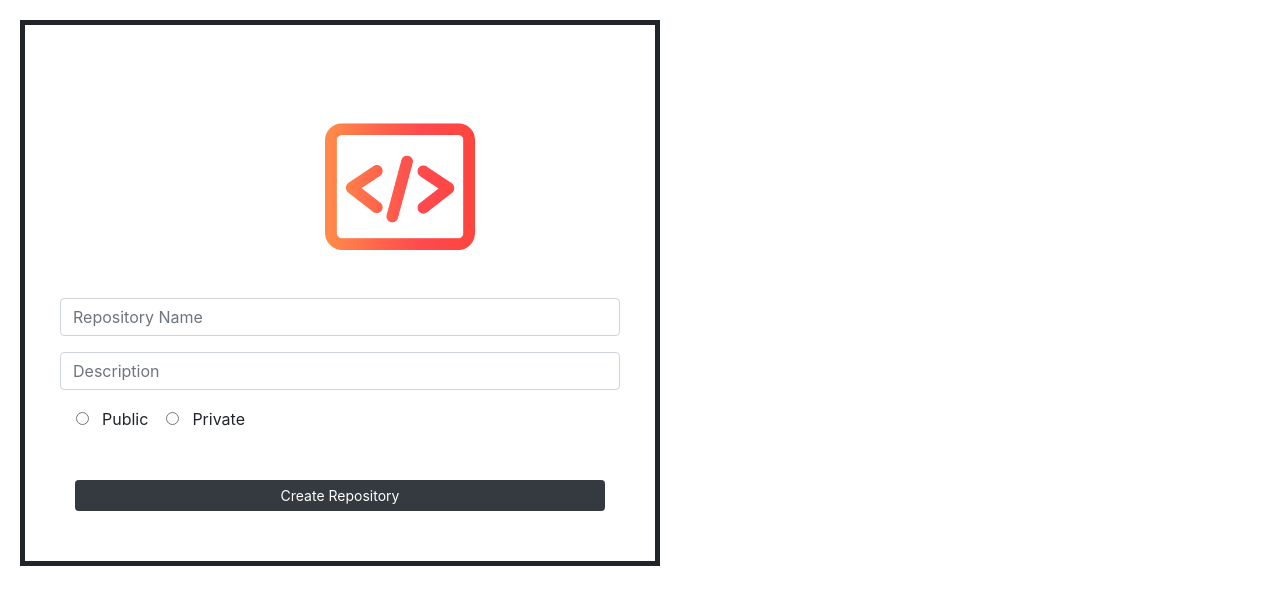
Repository: rashmikagamage/OAuth-Implementation
Page: /auth/github/callback (app in frontend/)
An editor plug-in stored every save of this project. The page is shown before and after the next save, followed by the edit.
The browser window is 1280 px wide. The pictures show the whole page.
Some web libraries are served in a nearby version. The project was rebuilt for these pictures with package versions that can differ from the ones it lists, and the page was loaded fresh each time. Also part of the build but not shown: frontend/src/css/twitter.css, frontend/src/components/login.js, frontend/src/components/twitter-home.js, frontend/src/components/login-git.js, frontend/src/App.css.

Above is the page before, as saved 2021-09-08 17:53:46.

### frontend/public/index.html
<!DOCTYPE html>
<html lang="en">
  <head>
    <meta charset="utf-8" />
    <link rel="icon" href="%PUBLIC_URL%/favicon.ico" />
    <meta name="viewport" content="width=device-width, initial-scale=1" />
    <meta name="theme-color" content="#000000" />
    <meta
      name="description"
      content="Web site created using create-react-app"
    />
    <link rel="apple-touch-icon" href="%PUBLIC_URL%/logo192.png" />
    <!--
      manifest.json provides metadata used when your web app is installed on a
      user's mobile device or desktop. See https://developers.google.com/web/fundamentals/web-app-manifest/
    -->
    <link rel="manifest" href="%PUBLIC_URL%/manifest.json" />
    <link rel="stylesheet" href="https://pro.fontawesome.com/releases/v5.13.0/css/all.css">
    <link rel="shortcut icon" href="%PUBLIC_URL%/favicon.ico">
    <!--
      Notice the use of %PUBLIC_URL% in the tags above.
      It will be replaced with the URL of the `public` folder during the build.
      Only files inside the `public` folder can be referenced from the HTML.

      Unlike "/favicon.ico" or "favicon.ico", "%PUBLIC_URL%/favicon.ico" will
      work correctly both with client-side routing and a non-root public URL.
      Learn how to configure a non-root public URL by running `npm run build`.
    -->
    <link rel="stylesheet" href="https://maxcdn.bootstrapcdn.com/bootstrap/4.0.0/css/bootstrap.min.css" integrity="sha384-Gn5384xqQ1aoWXA+058RXPxPg6fy4IWvTNh0E263XmFcJlSAwiGgFAW/dAiS6JXm" crossorigin="anonymous">
    <title>React App</title>

  </head>
  <body>

    <noscript>You need to enable JavaScript to run this app.</noscript>
    <div id="root"></div>
    <!--
      This HTML file is a template.
      If you open it directly in the browser, you will see an empty page.

      You can add webfonts, meta tags, or analytics to this file.
      The build step will place the bundled scripts into the <body> tag.

      To begin the development, run `npm start` or `yarn start`.
      To create a production bundle, use `npm run build` or `yarn build`.
    -->
    <script src="https://code.jquery.com/jquery-3.2.1.slim.min.js" integrity="sha384-KJ3o2DKtIkvYIK3UENzmM7KCkRr/rE9/Qpg6aAZGJwFDMVNA/GpGFF93hXpG5KkN" crossorigin="anonymous"></script>
    <script src="https://cdnjs.cloudflare.com/ajax/libs/popper.js/1.12.9/umd/popper.min.js" integrity="sha384-ApNbgh9B+Y1QKtv3Rn7W3mgPxhU9K/ScQsAP7hUibX39j7fakFPskvXusvfa0b4Q" crossorigin="anonymous"></script>
    <script src="https://maxcdn.bootstrapcdn.com/bootstrap/4.0.0/js/bootstrap.min.js" integrity="sha384-JZR6Spejh4U02d8jOt6vLEHfe/JQGiRRSQQxSfFWpi1MquVdAyjUar5+76PVCmYl" crossorigin="anonymous"></script>
  </body>
</html>

### frontend/src/App.js
import Login from './components/login';
import GitHome from './components/git-home';
import TwitterHome from './components/twitter-home';
import LoginGit from './components/login-git';
import {BrowserRouter as Router, Route} from "react-router-dom";
import './App.css';


function App() {
  return (

    <Router>{
      <div>
          <switch>
              <Route path="/login" component={Login}/>
              <Route path="/logingit" component={LoginGit}/>
              <Route path="/auth/github/callback" component={GitHome}/>
              <Route path="/twitterHome" component={TwitterHome}/>

          </switch>
      </div>
  }

  </Router>
  );
}

export default App;

### frontend/src/components/git-home.js
import "../css/git.css";
import code from "../images/code.png";
import React, { useState } from "react";
const axios = require("axios").default;

function GitHome(props) {
  function getRepos() {}
  return (
    <div class="main">
       <img src={code} alt="Avatar" class="img"></img>
      <form>
        <div class="form-group row mt-5">
          <input
            type="text"
            class="form-control"
            id="formGroupExampleInput"
            placeholder="Repository Name"
          ></input>
          <input
            type="text"
            class="form-control mt-3"
            id="formGroupExampleInput"
            placeholder="Description"
          ></input>
        </div>
        <table>
          <tr>
            <td>
              <div class="form-check">
                <input
                  class="form-check-input position-static"
                  type="radio"
                  name="public"
                  id="true"
                  value="option1"
                  aria-label="..."
                ></input>
              </div>
            </td>
            <td>
              <label class="form-check-label ml-1 mr-3" for="exampleRadios2">
                Public
              </label>
            </td>
            <td>
              <div class="form-check">
                <input
                  class="form-check-input position-static"
                  type="radio"
                  name="private"
                  id="false"
                  value="false"
                  aria-label="..."
                ></input>
              </div>
            </td>
            <td>
              <label class="form-check-label ml-1 mr-3" for="exampleRadios2">
                Private
              </label>
            </td>
          </tr>
        </table>
      </form>
      <button type="button" class="btn btn-dark btn-sm btn-block mt-5">Create Repository</button>
    </div>
  );
}

export default GitHome;

### frontend/src/css/git.css
.main{
  margin: auto;
  width: 50%;
  border-style: solid;
  border-width: 5px;
  padding: 50px;
  margin: 20px;


}

.img{
    width: 150px;
    margin-left: 250px;
    margin-top:25px ;

}

Loaded but not shown: frontend/src/index.js (common file); frontend/src/index.css (common file); frontend/src/reportWebVitals.js (common file)

After the next save:
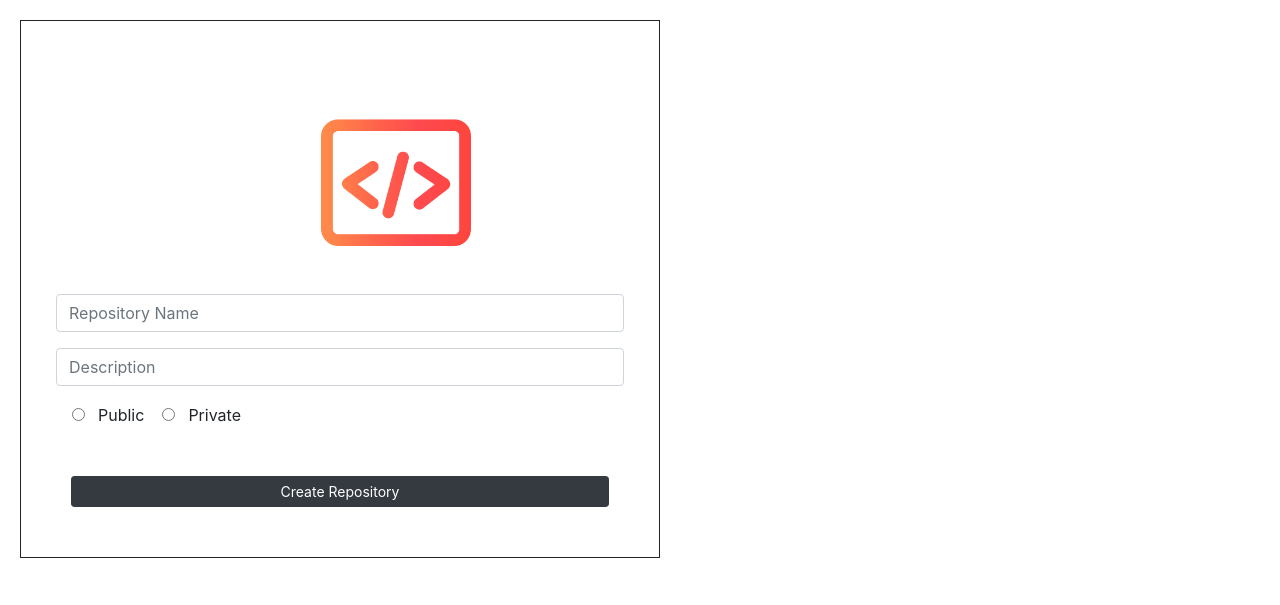
Saved 11 s later.
--- a/frontend/src/css/git.css
+++ b/frontend/src/css/git.css
@@ -2,7 +2,7 @@
   margin: auto;
   width: 50%;
   border-style: solid;
-  border-width: 5px;
+  border-width: 1px;
   padding: 50px;
   margin: 20px;
 
